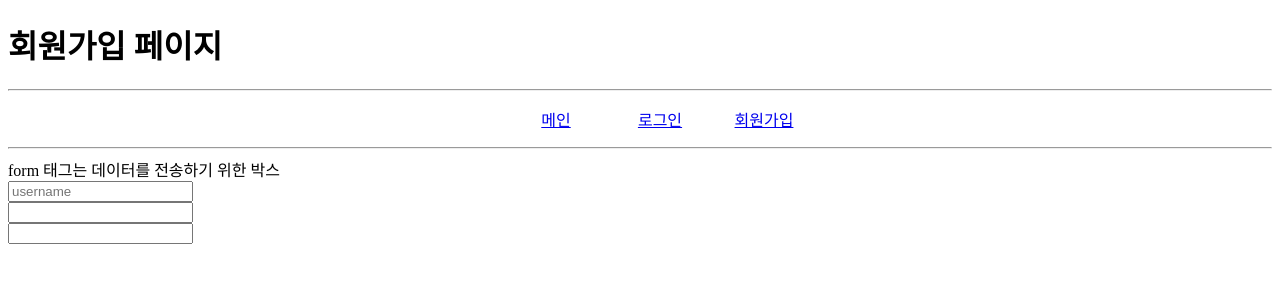
Repository: design-view/jsp-work
Page: http://localhost/cos/join.jsp
The author's editor kept a copy of each file at every save. The page is drawn from the files as they stood at one save, then again after the next save.
The browser window is 1280 px wide. The pictures show the whole page.
The page is served by Tomcat 9.

Above is the page before, as saved 2020-08-22 02:50:04.

After the next save:
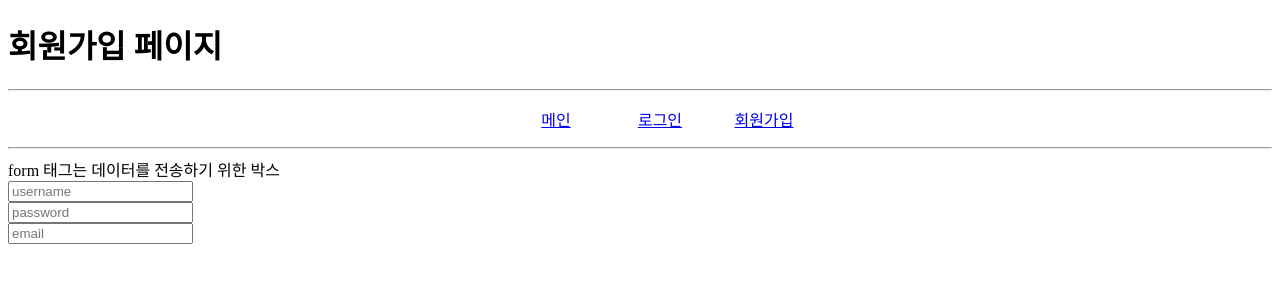
Saved 35 s later.
--- a/cos/WebContent/join.jsp
+++ b/cos/WebContent/join.jsp
@@ -24,8 +24,8 @@
 	form 태그는 데이터를 전송하기 위한 박스
 	<form>
 		<input type="text" name="username" placeholder="username" /><br/>
-		<input type="password" name="password" /><br/>
-		<input type="email" name="email" /><br/>
+		<input type="password" name="password" placeholder="password"/><br/>
+		<input type="email" name="email" placeholder="email"/><br/>
 	</form>
 </body>
 </html>
